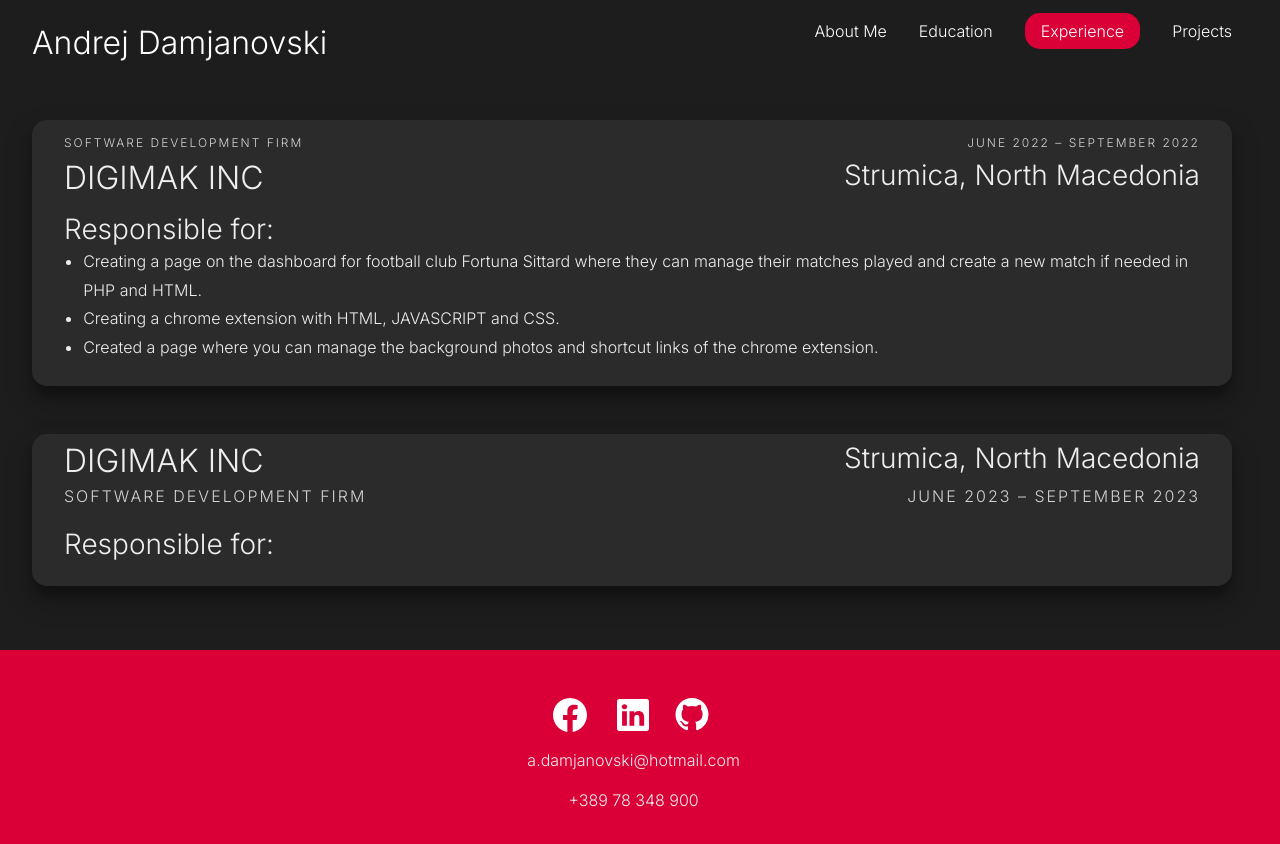
Repository: ADamjanovski/portfolio
Page: experience.html
These files come from the project's save history. The page is drawn as it stood at one moment and after a run of saves; the edit follows.
The browser window is 1280 px wide. The pictures show the whole page.

Above is the page before, as saved 2023-07-03 11:55:57.

After the next 3 saves:
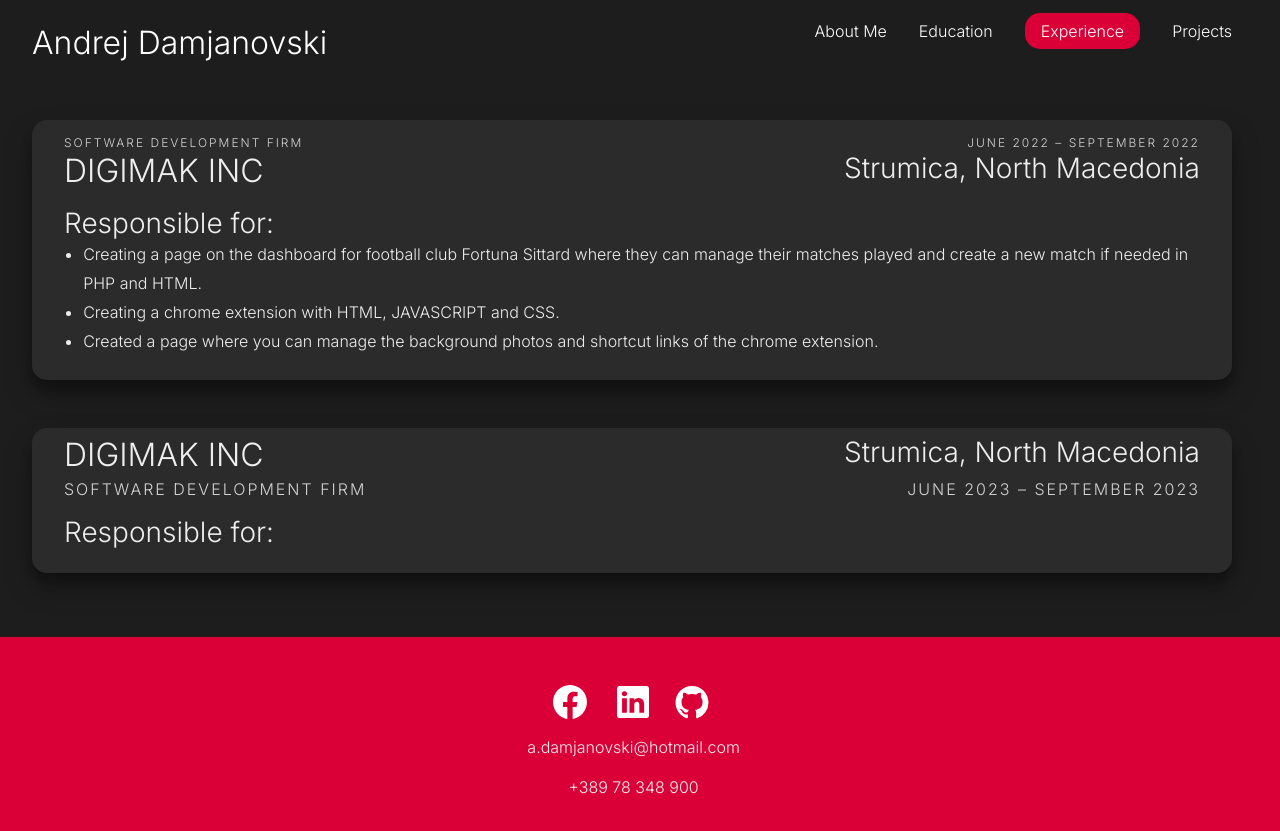
The 3 saves are shown as one change because they came seconds apart.
The last was saved 80 s later.
--- a/style.css
+++ b/style.css
@@ -106,7 +106,7 @@
 }
 
 .job-description{
-    margin:3rem 3rem 3rem 2rem;
+    margin:3rem 3rem 0rem 2rem;
     background-color: #2b2b2b;
     padding:.5rem 2rem 1.5rem 2rem;
     border-radius: 15px;
@@ -134,7 +134,7 @@
     letter-spacing: 2px;
 
     padding:0rem;
-    margin:.4rem 0 0.4rem 0;
+    margin:.4rem 0 0rem 0;
 }
 
 .role > p {
